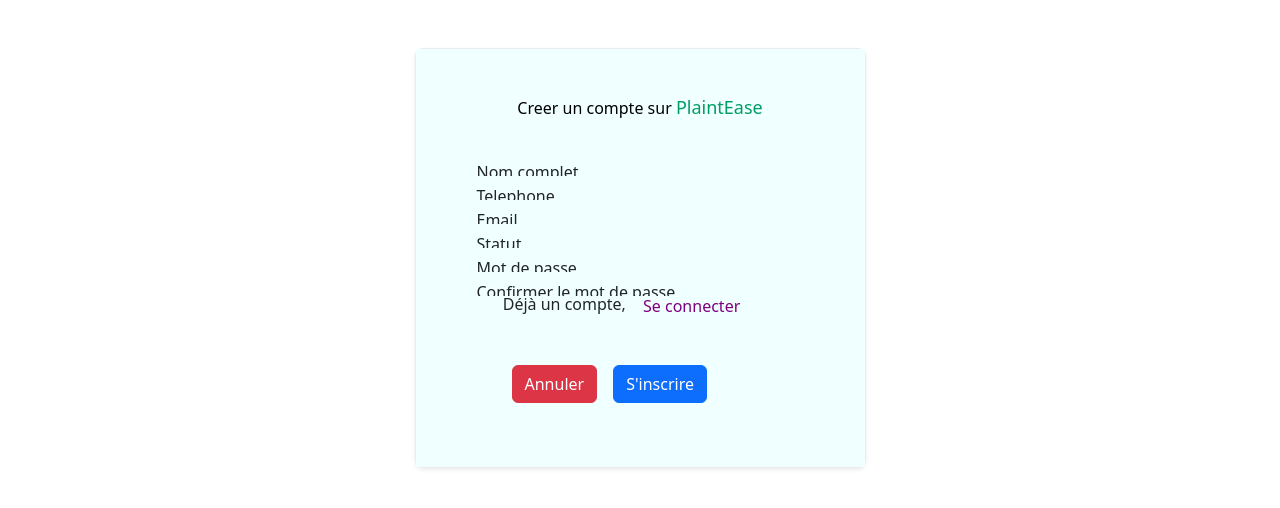
Repository: Senare1/PlaintEasy
Page: accounts/templates/accounts/signup.html
The author's editor kept a copy of each file at every save. The page is drawn from the files as they stood at one save, then again after the next save.
The browser window is 1280 px wide. The pictures show the whole page.
The template is drawn by Django 4.2. The application's start-up code is not run. Other server files are loaded and not shown. The template is opened directly, without the code that normally fills it, so the values that code supplies are empty.

Above is the page before, as saved 2024-08-11 04:20:15.

### accounts/templates/accounts/signup.html
{% load static %}
<!DOCTYPE html>
<html lang="en">
<head>
    <meta charset="UTF-8">
    <meta name="viewport" content="width=device-width, initial-scale=1.0">
    <title>Signup to ClariSolve</title>
    <link href="https://cdn.jsdelivr.net/npm/bootstrap@5.3.0/dist/css/bootstrap.min.css" rel="stylesheet" />
    <link rel="stylesheet" href="https://cdnjs.cloudflare.com/ajax/libs/bootstrap-icons/1.10.0/font/bootstrap-icons.min.css">
    <link rel="stylesheet" href="https://cdnjs.cloudflare.com/ajax/libs/font-awesome/5.15.3/css/all.min.css" />
    <link rel="stylesheet" href="{% static 'accounts/css/style.css' %}" />
    <style>
        a.btn:hover{
            color:khaki
        }
        a.btn{
            color:purple;
        }
        .plaint{
            color: #009d63;
            font-size: 18px;
        }
    </style>
</head>
<body>

    <section class="py-3 py-md-5">
        <div class="container">
          <div class="row justify-content-center">
            <div class="col-12 col-sm-10 col-md-8 col-lg-6 col-xl-5 col-xxl-4">
              <div class="card border border-light-subtle rounded-3 shadow-sm">
                <div class="card-body p-3 p-md-1 p-xl-5" style="background-color: azure;">
                  <h2 class="fs-6 fw-normal text-center text-black mb-4">Creer un compte sur <span class="plaint">PlaintEase</span></h2>
                  <form method="POST">
                    {% csrf_token %}
                    <div class="row gy-2 overflow-hidden">

                        <div class="col-12">
                            <div class="form-floating mb-3">
                                {{ form.full_name }}
                                <label for="id_full_name" class="form-label">Nom complet</label>
                            </div>
                        </div>

                        <div class="col-12">
                            <div class="form-floating mb-3">
                              {{ form.phone }}
                              <label for="id_phone" class="form-label">Telephone</label>
                            </div>
                          </div>


                          <div class="col-12">
                            <div class="form-floating mb-3">
                              {{ form.email }}
                              <label for="id_email" class="form-label">Email</label>
                            </div>
                          </div>

                          <div class="col-12">
                            <div class="form-floating mb-3">
                              {{ form.status }}
                              <label for="id_status" class="form-label mb-1">Statut</label>
                            </div>
                          </div>

                        <div class="col-12">
                            <div class="form-floating mb-3">
                            {{ form.password1 }}
                            <label for="id_password1" class="form-label">Mot de passe</label>
                            </div>
                        </div>

                      <div class="col-12">
                        <div class="form-floating mb-3">
                          {{ form.password2 }}
                          <label for="id_password2" class="form-label">Confirmer le mot de passe</label>
                        </div>
                      </div>

                      <div class="row mt-2 text-center">
                        <p>
                            Déjà un compte, <a class="btn btn-white text-decoration-none" href="{% url 'login_email' %}">Se connecter</a></p>
                    </div>

                      {% if form.non_field_errors %}
                      <div class="row mt-3">
                          <div class="col-12 alert alert-info alert-dismissible fade show mb-3 rounded-pill w-75" style="color: red;" role="alert">
                              {{ form.non_field_errors }}
                              <button type="button" class="btn-close" data-bs-dismiss="alert" aria-label="Close"></button>
                          </div>
                      </div>
                      {% endif %}
                      <div class="col-12">
                        <div class="d-flex my-3 px-3 mx-3">
                          <button class="btn btn-danger btn-md mx-3" type="reset">Annuler</button>
                          <button class="btn btn-primary btn-md" type="submit">S'inscrire</button>
                        </div>
                      </div>
                    </div>
                  </form>
                </div>
              </div>
            </div>
          </div>
        </div>
      </section>

    <script src="https://cdn.jsdelivr.net/npm/bootstrap@5.3.0/dist/js/bootstrap.bundle.min.js"></script>
</body>
</html>

### accounts/static/accounts/css/style.css
:root {
  --main-bg-color: #009d63;
  --main-text-color: #009d63;
  --second-text-color: #bbbec5;
  --second-bg-color: #c1efde;
}

.primary-text {
  color: var(--main-text-color);
}

.second-text {
  color: var(--second-text-color);
}

.primary-bg {
  background-color: var(--main-bg-color);
}

.secondary-bg {
  background-color: var(--second-bg-color);
}

.rounded-full {
  border-radius: 100%;
}

#wrapper {
  overflow-x: hidden;
  background-image: linear-gradient(
    to right,
    #baf3d7,
    #c2f5de,
    #cbf7e4,
    #d4f8ea,
    #ddfaef
  );
}

#sidebar-wrapper {
  min-height: 100vh;
  margin-left: -15rem;
  -webkit-transition: margin 0.25s ease-out;
  -moz-transition: margin 0.25s ease-out;
  -o-transition: margin 0.25s ease-out;
  transition: margin 0.25s ease-out;
}

#sidebar-wrapper .sidebar-heading {
  padding: 0.875rem 1.25rem;
  font-size: 1.2rem;
}

#sidebar-wrapper .list-group {
  width: 15rem;
}

#page-content-wrapper {
  min-width: 100vw;
}

#wrapper.toggled #sidebar-wrapper {
  margin-left: 0;
}

#menu-toggle {
  cursor: pointer;
}

.list-group-item {
  border: none;
  padding: 20px 30px;
}

.list-group-item.active {
  background-color: transparent;
  color: var(--main-text-color);
  font-weight: bold;
  border: none;
}

@media (min-width: 768px) {
  #sidebar-wrapper {
    margin-left: 0;
  }

  #page-content-wrapper {
    min-width: 0;
    width: 100%;
  }

  #wrapper.toggled #sidebar-wrapper {
    margin-left: -15rem;
  }
}


.link-div ,.link-div:hover{
  color: inherit;
}

.form-control {
  border: 1px solid #009d63;
}

After the next save:
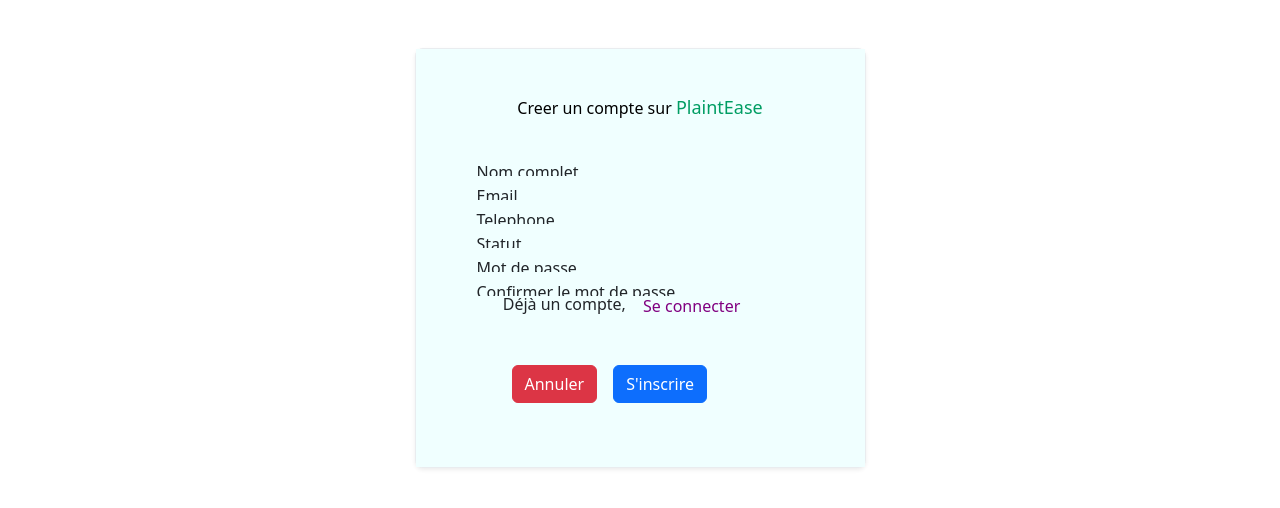
Saved 18 min 1 s later.
--- a/accounts/templates/accounts/signup.html
+++ b/accounts/templates/accounts/signup.html
@@ -42,18 +42,20 @@
                             </div>
                         </div>
 
-                        <div class="col-12">
-                            <div class="form-floating mb-3">
-                              {{ form.phone }}
-                              <label for="id_phone" class="form-label">Telephone</label>
-                            </div>
-                          </div>
+
 
 
                           <div class="col-12">
                             <div class="form-floating mb-3">
                               {{ form.email }}
                               <label for="id_email" class="form-label">Email</label>
+                            </div>
+                          </div>
+
+                          <div class="col-12">
+                            <div class="form-floating mb-3">
+                              {{ form.phone }}
+                              <label for="id_phone" class="form-label">Telephone</label>
                             </div>
                           </div>
 
